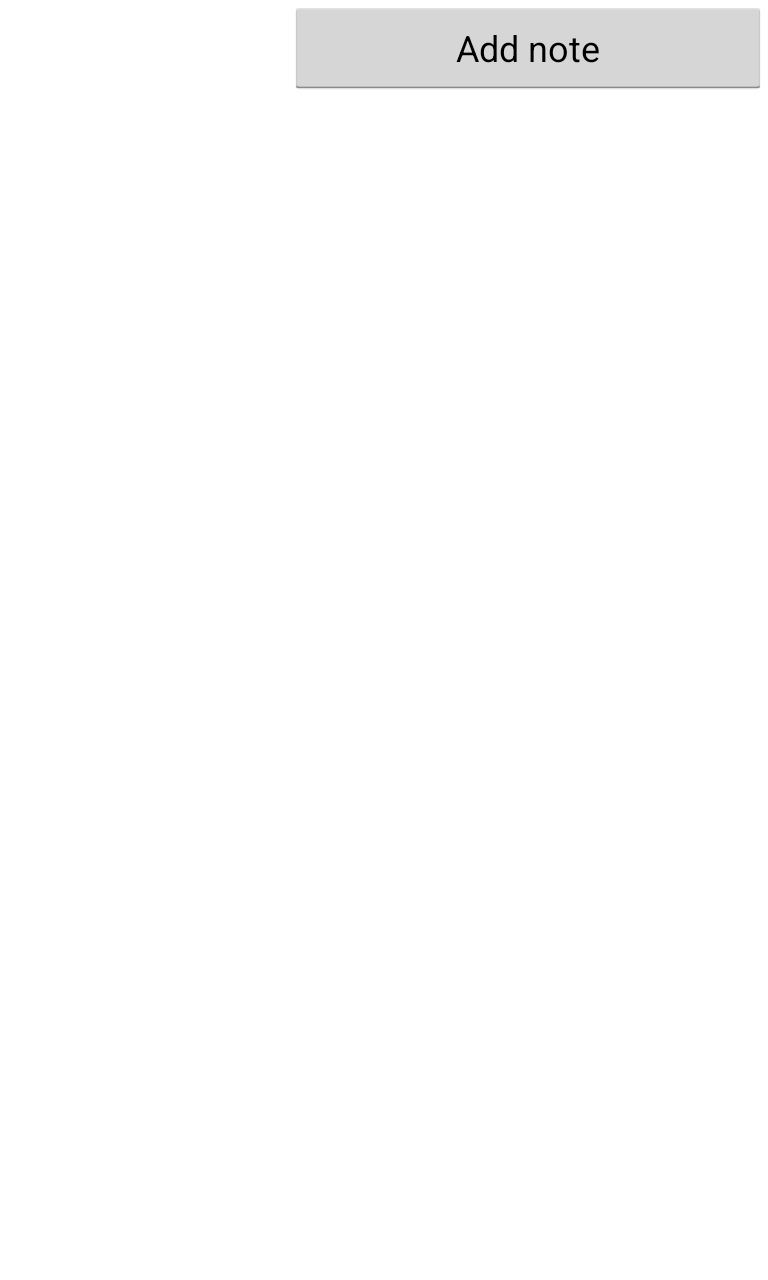
Repository: isitso/android_class
Layout: MyNotes/res/layout/main.xml
These files come from the project's save history. The layout is drawn as it stood at one moment and after the next save; the edit follows.
It is drawn on a 768 x 1280 px phone screen (xhdpi) without system bars, with theme AppTheme; the app's code is not run. Lists and similar views that code fills are empty.

Above is the layout before, as saved 2014-05-05 22:45:05.

### MyNotes/res/layout/main.xml
<?xml version="1.0" encoding="utf-8"?>
<LinearLayout xmlns:android="http://schemas.android.com/apk/res/android"
    android:layout_width="match_parent"
    android:layout_height="match_parent" >

    <ListView
        android:id="@+id/list"
        android:layout_width="0dp"
        android:layout_height="wrap_content"
        android:layout_weight="1" >
    </ListView>

    <Button
        android:id="@+id/add"
        android:layout_width="wrap_content"
        android:layout_height="wrap_content"
        android:text="Add note"
        android:layout_weight="1"/>

</LinearLayout>

Loaded but not shown: MyNotes/res/values/styles.xml (common file); MyNotes/res/values-v11/styles.xml (common file); MyNotes/res/values-v14/styles.xml (common file)

After the next save:
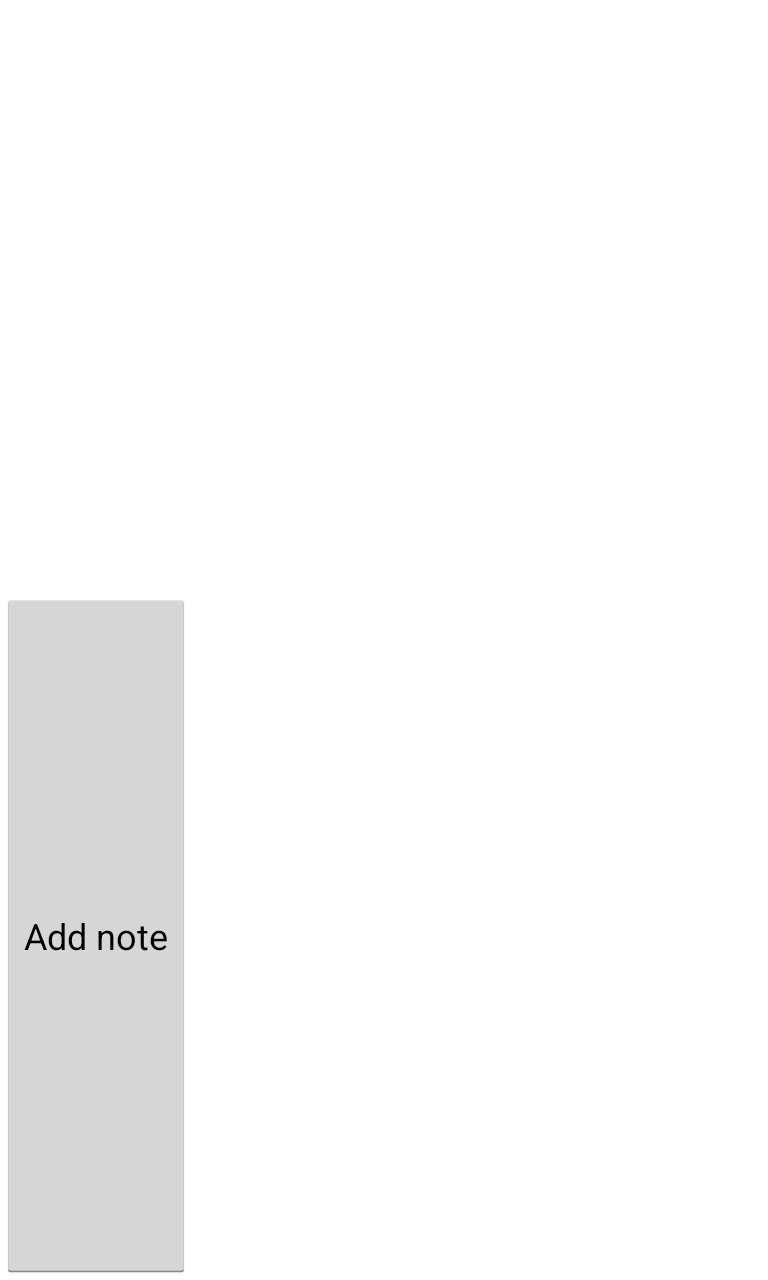
Saved 30 s later.
--- a/MyNotes/res/layout/main.xml
+++ b/MyNotes/res/layout/main.xml
@@ -1,7 +1,8 @@
 <?xml version="1.0" encoding="utf-8"?>
 <LinearLayout xmlns:android="http://schemas.android.com/apk/res/android"
     android:layout_width="match_parent"
-    android:layout_height="match_parent" >
+    android:layout_height="match_parent"
+    android:orientation="vertical" >
 
     <ListView
         android:id="@+id/list"
